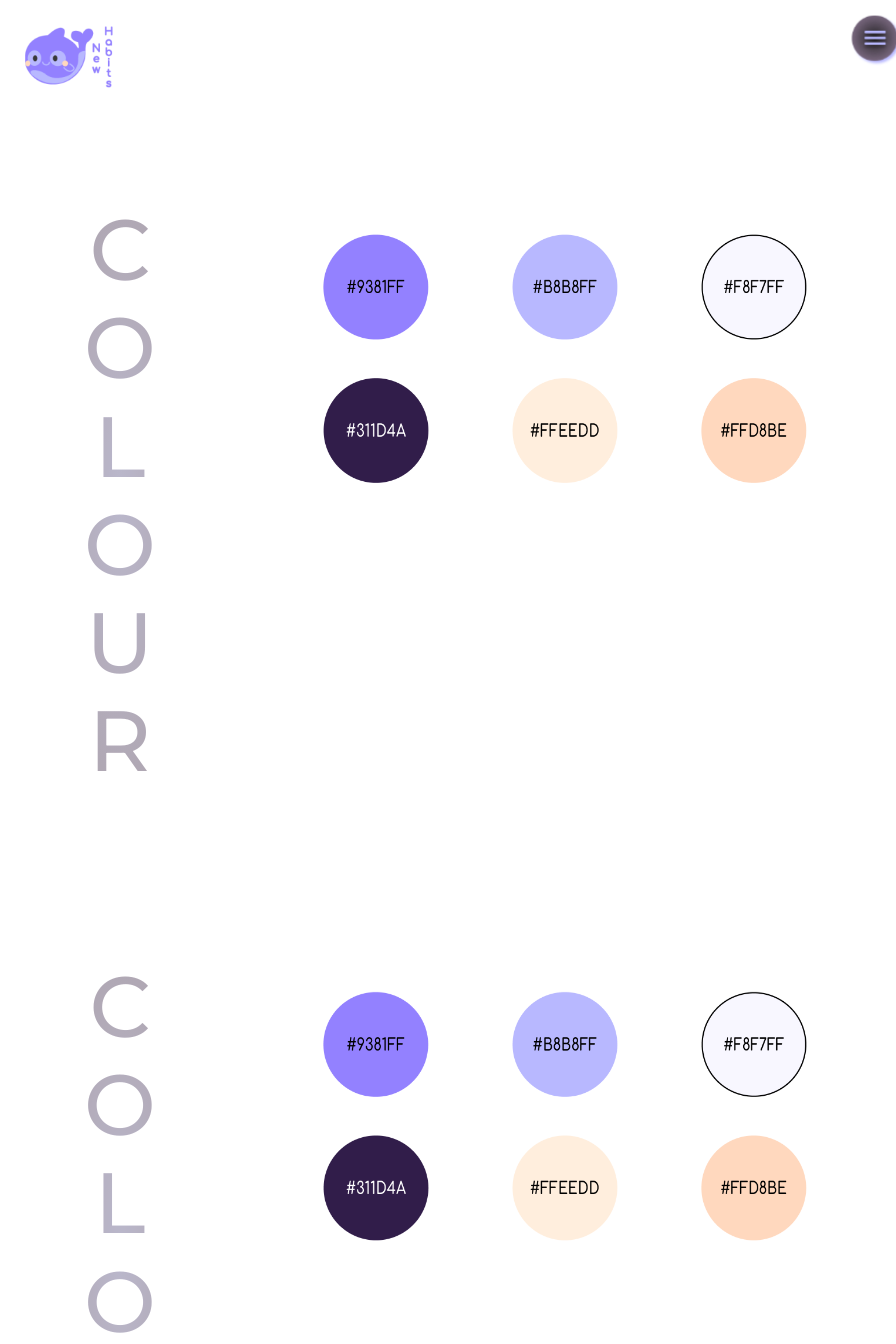
Repository: sierralaurent/Styleguide-Big_Project
Page: visuals.html
An editor plug-in stored every save of this project. The page is shown before and after the next save, followed by the edit.
The browser window is 1280 px wide. The pictures show the part of the page from y = 0 to 1920 px (the page is 3469 px tall), at 70% of full size.
Some web fonts or font styles are not loaded; a fallback is used.

Above is the page before, as saved 2023-03-11 11:00:51.

After the next save:
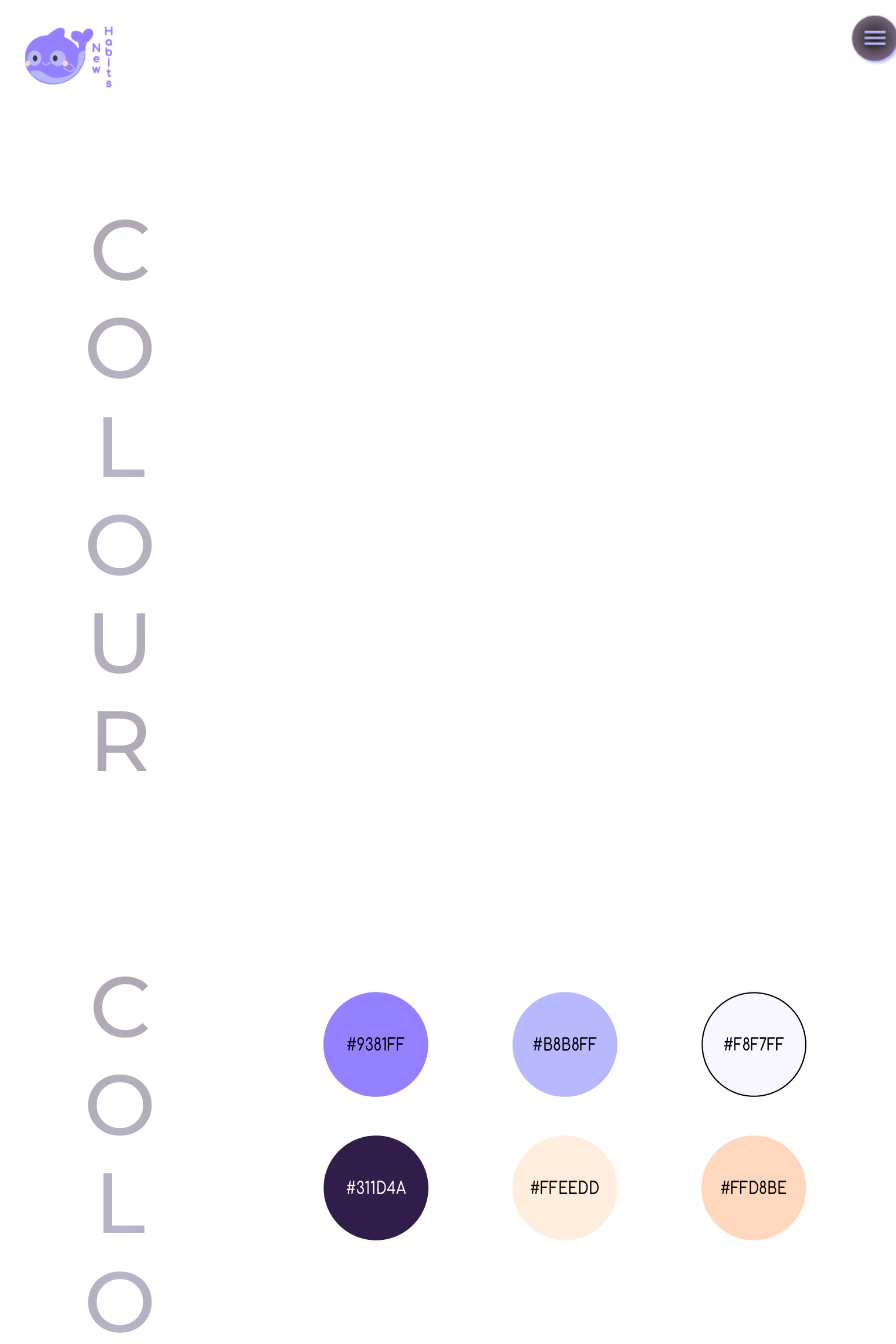
Saved 31 s later.
--- a/visuals.html
+++ b/visuals.html
@@ -58,24 +58,7 @@
             <br />
           </p>
           <div class="home-text17 body">
-            <div>
-              <img src="assets/colours/Main Purple.png" alt="mainpurple" width="150px" height="150px">
-              <br />
-              <br />
-              <img src="assets/colours/Dark Purple.png" alt="darkpurple" width="150px" height="150px">
-            </div>
-            <div>
-              <img src="assets/colours/Light Purple.png" alt="lightpurple" width="150px" height="150px">
-              <br />
-              <br />
-              <img src="assets/colours/Light Peach.png" alt="lightpeach" width="150px" height="150px">
-            </div>
-            <div>
-              <img src="assets/colours/Creme.png" alt="Creme" width="150px" height="150px">
-              <br />
-              <br />
-              <img src="assets/colours/Peach.png" alt="peach" width="150px" height="150px">
-            </div>
+
             </div>
           </div>
         <div class="home-container3">
